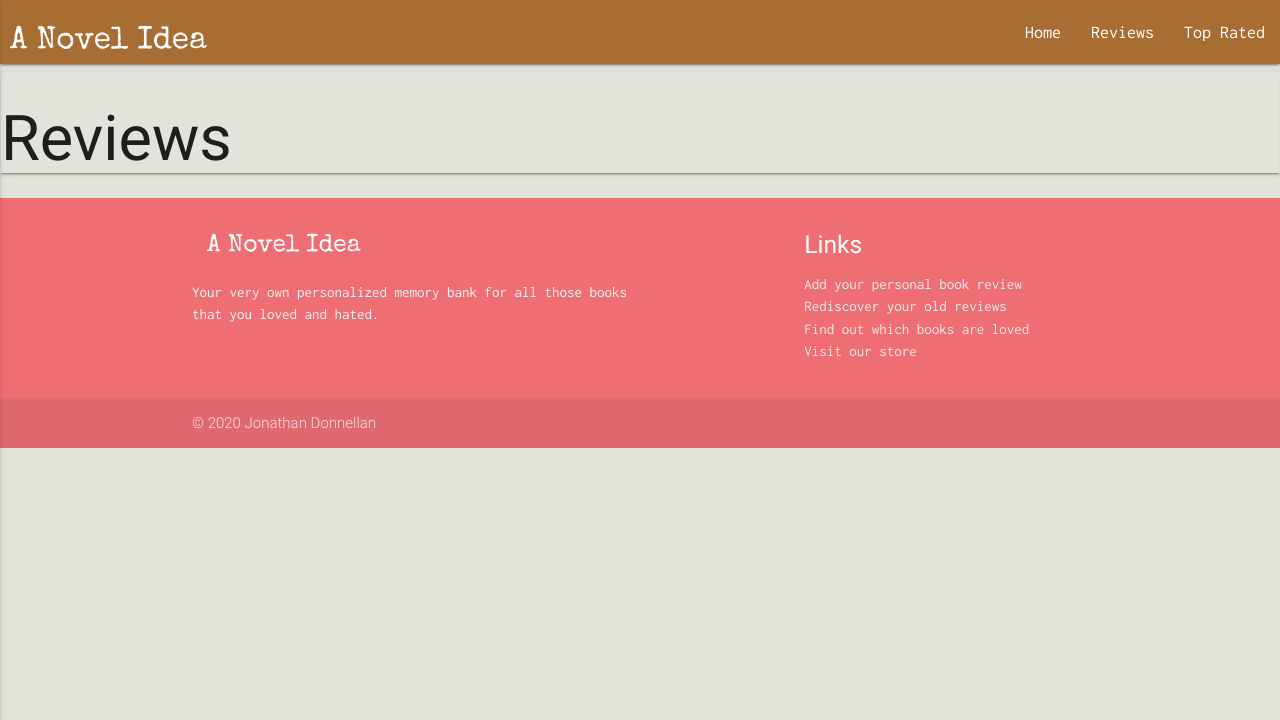
Repository: johnny-don/a-novel-idea
Page: http://localhost/
The author's editor kept a record of every edit. The page is drawn from the files as they stood at one moment, then again after the next edit.
The browser window is 1280 px wide. The pictures show the whole page.
Some web libraries are served in a nearby version. The page is served by the project's application, run on Flask 3 (app.py). Queries for data that is not in the repository find no rows.

Above is the page before.

### templates/reviews.html
{% extends 'base.html' %} {% block content %}

<ul class="collapsible" data-collapsible="accordian">
    <h1>Reviews</h1>
    {% for review in reviews %}
    <li>
        <div class="collapsible-header">

            <div class="col s9">
                <i class="material-icons">expand_more</i>
                <i class="material-icons prefix">title</i>{{review.title.upper()}} - <i class="material-icons prefix">perm_identity</i>
                <strong>  {{review.author}}</strong> -
                <i class="material-icons prefix">event_seat</i> {{review.genre}} -
                <i class="material-icons prefix">grade</i> {{review.rating}}
                </div>
                <div class="col s3">
                <a href "{{url_for('edit_review', review_id=review._id)}}" class="waves-effect waves-light btn">Edit</a>
                <a href "{{url_for('delete_review', review_id=review._id)}}" class="waves-effect waves-light btn">Delete</a>
            </div>
            </div>

        <div class="collapsible-body">
            <span>{{review.review}}</span>
        </div>

    </li>

    {% endfor %}
</ul>

{% endblock %}

### templates/base.html
<!DOCTYPE html>
<html lang="en">

<head>
    <meta charset="UTF-8">
    <meta name="viewport" content="width=device-width, initial-scale=1.0">
    <meta http-equiv="X-UA-Compatible" content="ie=edge">
    <link rel="stylesheet" href="{{url_for('static', filename='css/style.css')}}" type="text/css"/>
    <link href="https://fonts.googleapis.com/icon?family=Material+Icons" rel="stylesheet">
    <link rel="stylesheet" href="https://cdnjs.cloudflare.com/ajax/libs/materialize/0.100.2/css/materialize.min.css">
    <link href="https://fonts.googleapis.com/css?family=Special+Elite&display=swap" rel="stylesheet">


    <title>A Novel Idea</title>
</head>

<body>
      <header>
        <nav class="nav-foot">
            <div class="nav-wrapper">
                <a href="{{url_for('add_review')}}" class=" brand brand-logo">A Novel Idea</a>
                <a href="#" data-activates="mobile-demo" class="button-collapse"><i class="material-icons">menu</i></a>
                <ul id="nav-mobile" class="right hide-on-med-and-down">
                    <li><a href="{{url_for('add_review')}}" class="text-font menu-link">Home</a></li>
                    <li><a href="{{url_for('get_reviews')}}" class="text-font menu-link">Reviews</a></li>
                    <li><a href="{{url_for('top_rated')}}" class="text-font menu-link">Top Rated</a></li>
                </ul>
                <ul class="side-nav" id="mobile-demo">
                     <li><a href="{{url_for('add_review')}}" class="text-font">Home</a></li>
                    <li><a href="{{url_for('get_reviews')}}" class="text-font">Reviews</a></li>
                    <li><a href="{{url_for('top_rated')}}" class="text-font">Top Rated</a></li>
                </ul>
            </div>
        </nav>
    </header>

    {% block content %}
    {% endblock %}


    <footer class="page-footer">
          <div class="container">
            <div class="row">
              <div class="col l6 s12">
                <h5 class="white-text brand">A Novel Idea</h5>
                <p class="grey-text text-lighten-4 text-font">Your very own personalized memory bank for all those books that you loved and hated. </p>
              </div>
              <div class="col l4 offset-l2 s12">
                <h5 class="white-text">Links</h5>
                <ul>

                  <li><a class="grey-text text-lighten-3 text-font" href="{{url_for('add_review')}}">Add your personal book review</a></li>
                  <li><a class="grey-text text-lighten-3 text-font" href="{{url_for('get_reviews')}}">Rediscover your old reviews</a></li>
                  <li><a class="grey-text text-lighten-3 text-font" href="{{url_for('top_rated')}}">Find out which books are loved</a></li>
                  <li><a class="grey-text text-lighten-3 text-font" href="https://last-bookshop.business.site/">Visit our store</a></li>

                </ul>
              </div>
            </div>
          </div>
          <div class="footer-copyright">
            <div class="container">
            © 2020 Jonathan Donnellan

            </div>
          </div>
        </footer>








    <script src="https://cdnjs.cloudflare.com/ajax/libs/jquery/3.2.1/jquery.min.js"></script>
    <script src="https://cdnjs.cloudflare.com/ajax/libs/materialize/0.100.2/js/materialize.min.js"></script>
    <script type="text/javascript">
        $(document).ready(function() {
            $('.collapsible').collapsible();
            $(".button-collapse").sideNav();
            $('.slider').slider();
        });
    </script>
</body>

</html>

### app.py
import os
from flask import Flask, render_template, redirect, request, url_for, request
from flask_pymongo import PyMongo
from bson.objectid import ObjectId


app = Flask(__name__)
app.config["MONGO_DBNAME"] = 'novel_idea'
app.config["MONGO_URI"] = 'mongodb+srv://johnny_don:2gardensmon@cluster0-kzp63.mongodb.net/novel_idea?retryWrites=true&w=majority'


mongo = PyMongo(app)


@app.route('/')


@app.route('/get_reviews')
def get_reviews():
    return render_template("reviews.html", reviews=mongo.db.info.find())

@app.route('/add_review')
def add_review():
    return render_template('addreview.html')

@app.route('/submit_review', methods=['POST'])
def submit_review():
    info = mongo.db.info
    info.insert_one(request.form.to_dict())
    return redirect(url_for('get_reviews'))

@app.route('/edit_review/<review_id>')
def edit_review(review_id):
    the_review = mongo.db.info.find_one({"_id": ObjectId(review_id)})
    return render_template('editreview.html', review=the_review)


@app.route('/update_review/<review_id>', methods=["POST"])
def update_review(review_id):
    reviews=mongo.db.info
    reviews.update( {'_id': ObjectId(review_id)},
    {
        'title':request.form.get('title'),
        'author':request.form.get('author'),
        'genre':request.form.get('genre'),
        'rating':int(request.form.get('rating')),
        'review':request.form.get('review')
    })

    return redirect(url_for('get_reviews'))

@app.route('/delete_review/<review_id>')
def delete_review(review_id):
    mongo.db.info.remove({'_id': ObjectId(review_id)})
    return redirect(url_for('get_reviews'))



@app.route('/top_rated')
def top_rated():
    return render_template("toprated.html", ratings=mongo.db.info.find().sort("rating", -1))





if __name__ == '__main__':
    app.run(host=os.environ.get('IP'),
            port=int(os.environ.get('PORT')),
            debug=True)

### static/css/style.css
@import url('https://fonts.googleapis.com/css?family=Special+Elite&display=swap');
@import url('https://fonts.googleapis.com/css?family=Inconsolata&display=swap');
@import url('https://fonts.googleapis.com/css?family=Inconsolata&display=swap');

/* buttons */

body {
        background-color: #e2e3da;
}


.btn-small {
    margin-left: 15px;
    margin-top: 10px;
    margin-bottom: 10px;
    margin-right: 10px;
    padding: 5px;
    background-color: #a86d32;
    color: white;
    font-family: 'Inconsolata', monospace;
}

/* fonts */

.brand {
   font-family: 'Special Elite', cursive;
   margin: 10px;
   padding: 5px;
}

.headline {
   font-family: 'Special Elite', cursive;
    font-weight: bold;
    color: #a86d32;
}


.text-font {
    font-family: 'Inconsolata', monospace;
}

/* navbar */

.brand {
   font-family: 'Special Elite', cursive;
   margin: 10px;
   padding: 5px;
}

.menu-link {
    font-size: larger;

}

.nav-foot {

    background-color: #a86d32;
}

/* footer */

.page-footer {
    padding-top: 20px;
    color: white;
    background-color: #a86d32;
}

/* icons */

.material-icons {
    margin: 10px;

}

/* image slider */

.slider-text {
    font-family: 'Inconsolata', monospace;
    color: #e2e3da;
    font-weight: bolder;

}

After the next edit:
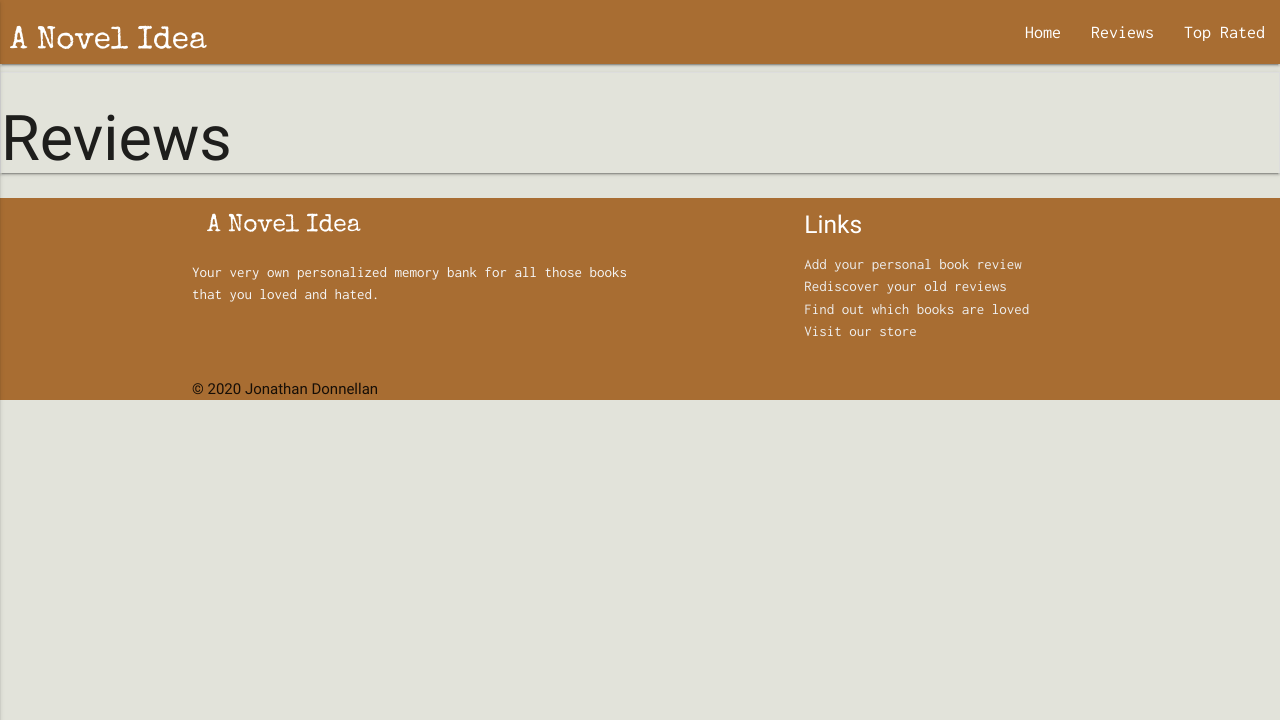
The edit:
--- a/templates/base.html
+++ b/templates/base.html
@@ -38,7 +38,7 @@
     {% endblock %}
 
 
-    <footer class="page-footer">
+    <footer class="footer nav-foot">
           <div class="container">
             <div class="row">
               <div class="col l6 s12">
